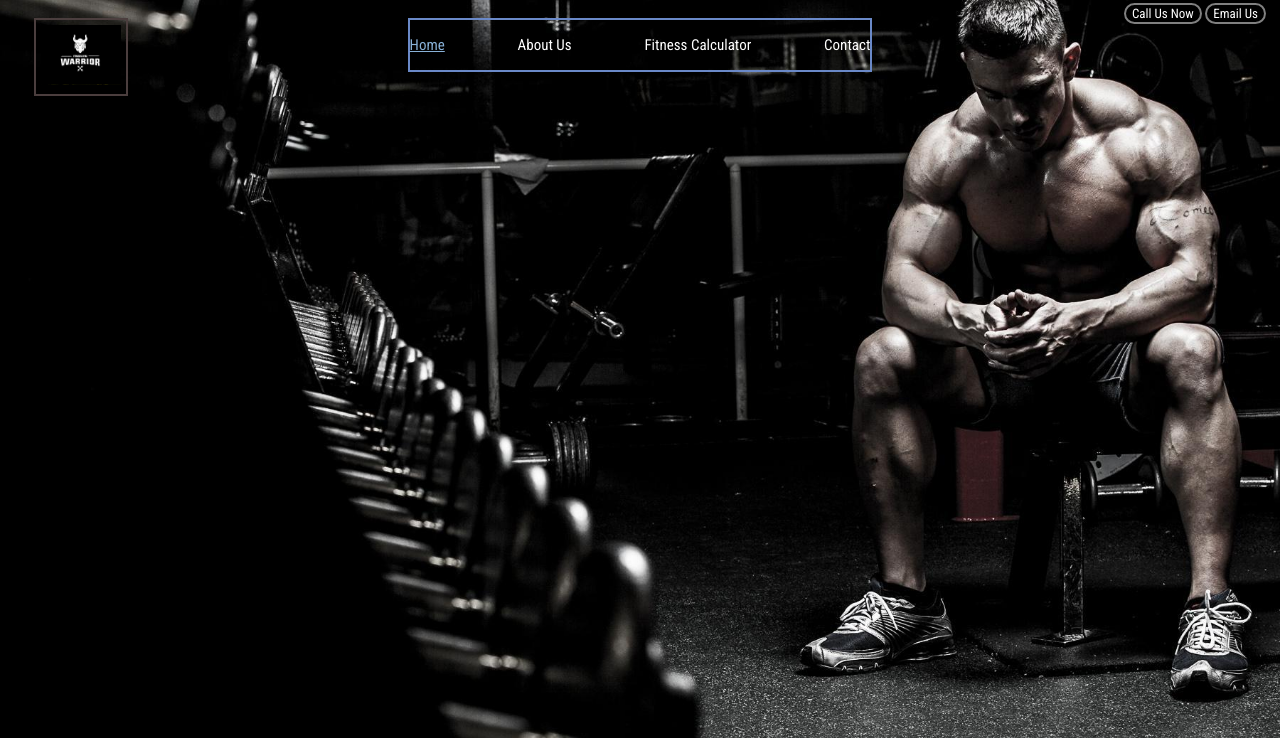
Repository: asthaasquare/project-1
Page: project-1/index.html
These files come from the project's save history. The page is drawn as it stood at one moment and after a run of saves; the edit follows.
The browser window is 1280 px wide. The pictures show the whole page.
Some web fonts or font styles are not loaded; a fallback is used.

Above is the page before, as saved 2024-05-09 17:06:25.

### project-1/index.html
<!DOCTYPE html>
<html lang="en">
<head>
  <meta charset="UTF-8" />
  <meta name="viewport" content="width=device-width, initial-scale=1.0" />
  <title>Fit World</title>
  </head>
  <link rel="preconnect" href="https://fonts.googleapis.com">
<link rel="preconnect" href="https://fonts.gstatic.com" crossorigin>
<link href="https://fonts.googleapis.com/css2?family=Briem+Hand:wght@100..900&family=Jaro:opsz@6..72&family=Jersey+25+Charted&family=Oswald:wght@200..700&family=Poetsen+One&family=Raleway:ital,wght@0,100..900;1,100..900&family=Roboto+Condensed:ital,wght@0,100..900;1,100..900&display=swap" rel="stylesheet">
<link rel="stylesheet" href="css/style.css" />
  <style>
    body {
      color: white;
      margin: 0;
      padding: 0;
      background-image: url("img/1087639.jpg");
      background-size: cover; /* This will make sure the image covers the entire background */
      background-position: center; /* This will center the image within the container */
      height: 100vh; /* This will set the height of the background to the viewport height */
      font-family: "Roboto Condensed", sans-serif;
  font-optical-sizing: auto;
    }

    .left {
      border: 2px double rgb(75, 62, 62);
      display: inline-block;
      position: absolute;
      top: 0px;
      left: 34px;
      padding: 5px; /* Add some padding around the logo */
    }

    .left img {
      width: 80px;
      height: auto; /* Maintain aspect ratio */
    }

    .mid {
      margin: 18px auto;
      display: block;
      width: 36%;
      border: 2px double rgb(106, 137, 200);
    }

    .right {
      position: absolute;
      display: inline-block;
      /* border: 2px double rgb(100, 96, 222); */
      top: 0px;
      right: 34px;
    }



    .navbar {
      display: flex; /* Use flexbox for better alignment */
      justify-content: space-between; /* Distribute items evenly across the container */
      align-items: center; /* Center items vertically */
      padding: 0;
    }

    .navbar li {
      font-size: 15px;
      list-style: none; /* Remove default list styles */
      margin-right: 20px; /* Add some spacing between navbar items */
    }

    .navbar li a {
      color: white;
      text-decoration: none;
    }

    .navbar li a:hover,
    .navbar li a.active {
      text-decoration: underline;
      color: rgb(136, 177, 215);
    }

    .navbar li:last-child {
      margin-right: 0; /* Remove margin from the last navbar item */
    }

    .header {
      position: relative; /* Set position to relative to allow absolute positioning of child elements */
    }

   .btn{
      margin: 0px 0px;
      color: white;
      background-color: black;
      position:relative;
      right: 22px;
      top: -15px;
      left:20px;
      border: 2px solid grey;
      border-radius: 13px;
      font-size: 13px;
      cursor: pointer;
      transition: background-color 0.3s, border-color 0.3s;
      font-family: "Roboto Condensed", sans-serif;
    }

    .btn:hover {
  background-color: grey; /* Change background color on hover */
  border-color: black; /* Change border color on hover */
}
  </style>


<body>
  <header class="header">
    <div class="left">
      <img src="img/logo.jpg" alt="Logo" />
    </div>
    <div class="mid">
      <ul class="navbar">
        <li><a href="#" class="active">Home</a></li>
        <li><a href="#">About Us</a></li>
        <li><a href="#">Fitness Calculator</a></li>
        <li><a href="#">Contact</a></li>
      </ul>
    </div>
    <div class="right">
       <button class="btn">Call Us Now</button>
       <button class="btn">Email Us</button>
    </div>
  </header>
</body>
</html>

Loaded but not shown: project-1/css/style.css (no stored copy; drawn as an empty file)

After the next 3 saves:
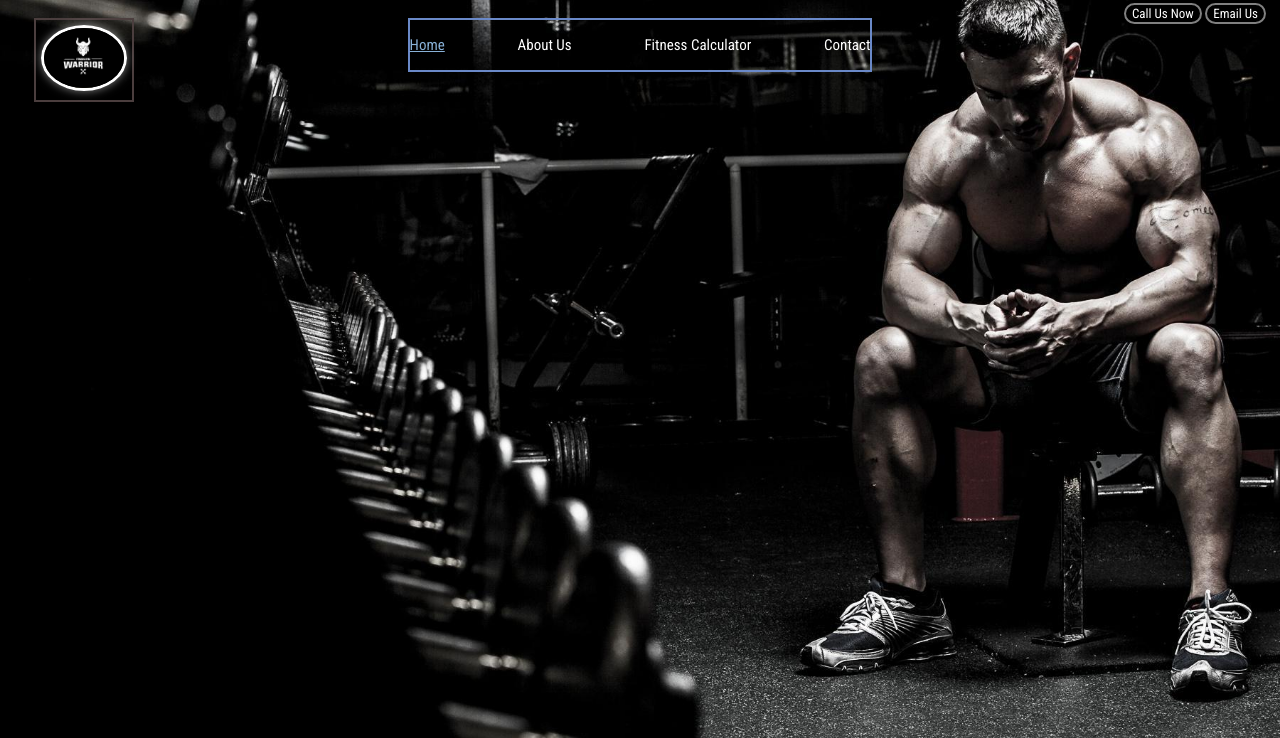
The 3 saves are shown as one change because they came seconds apart.
The last was saved 7 min 55 s later.
--- a/project-1/index.html
+++ b/project-1/index.html
@@ -33,7 +33,10 @@
 
     .left img {
       width: 80px;
-      height: auto; /* Maintain aspect ratio */
+      height: auto;
+      border-radius: 50%;
+      border: 3px solid white; /* Add a border around the logo */
+      box-shadow: 0 0 10px rgba(255, 255, 255, 0.5); /* Add a subtle shadow effect */
     }
 
     .mid {
